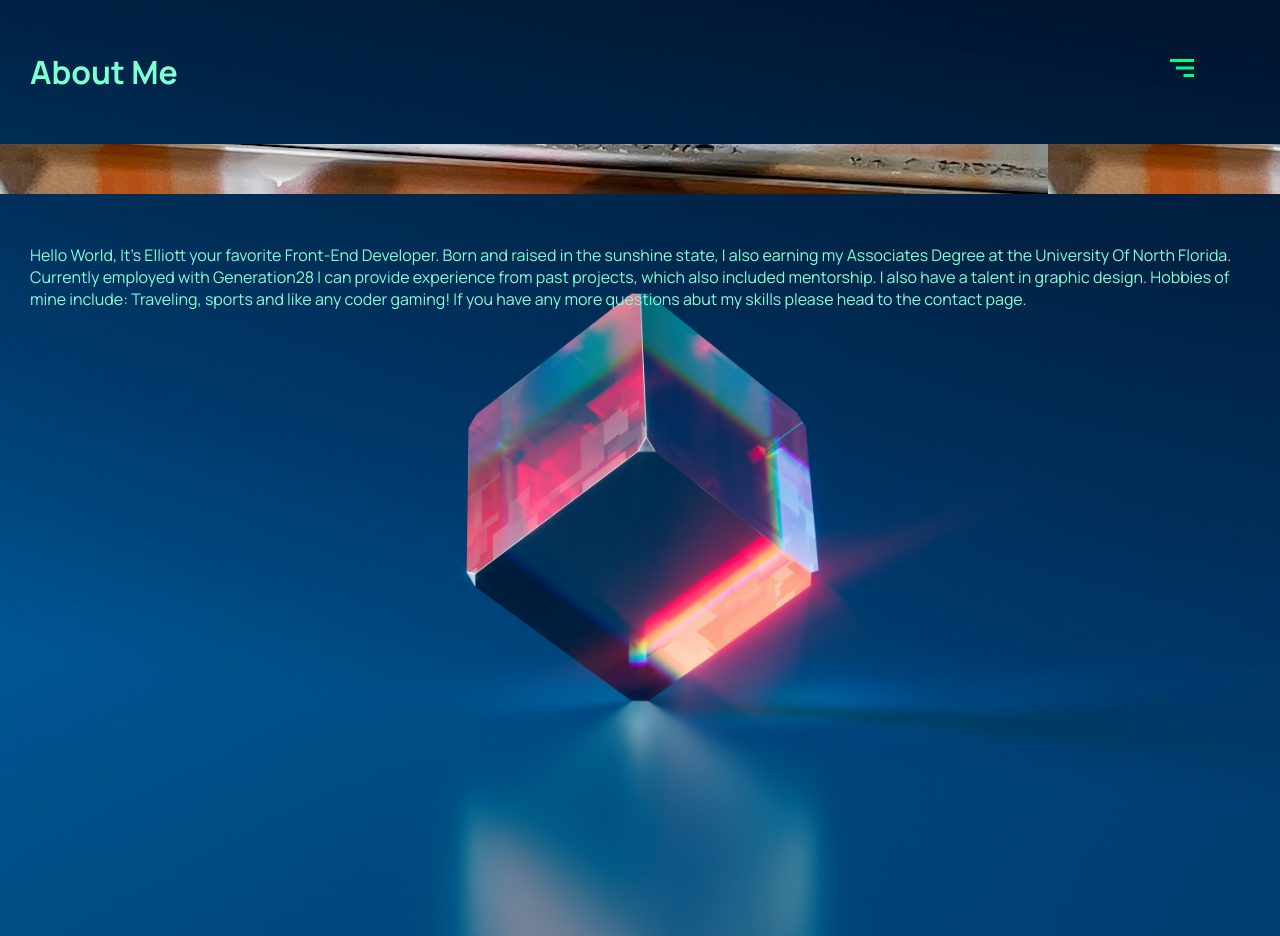
Repository: elaiken/portfolio
Page: /about-me
These files come from the project's save history. The page is drawn as it stood at one moment and after the next save; the edit follows.
The browser window is 1280 px wide. The pictures show the whole page.
The project was rebuilt for these pictures with package versions that can differ from the ones it lists, and the page was loaded fresh each time. Also part of the build but not shown: src/components/Error.js, src/components/Home.js, src/data/projects.js, src/components/Projects.js, src/components/Contacts.js.

Above is the page before, as saved 2021-11-30 21:30:08.

### public/index.html
<!DOCTYPE html>
<html lang="en">
  <head>
    <meta charset="utf-8" />
    <link rel="icon" href="%PUBLIC_URL%/favicon.ico" />
    <meta name="viewport" content="width=device-width, initial-scale=1" />
    <meta name="theme-color" content="#000000" />
    <meta
      name="description"
      content="Elliott A Aiken II | Looking for Front-end Role"
    />
    <link rel="apple-touch-icon" href="%PUBLIC_URL%/logo192.png" />
    <!--
      manifest.json provides metadata used when your web app is installed on a
      user's mobile device or desktop. See https://developers.google.com/web/fundamentals/web-app-manifest/
    -->
    <link rel="manifest" href="%PUBLIC_URL%/manifest.json" />
    <link rel="preconnect" href="https://fonts.googleapis.com">
<link rel="preconnect" href="https://fonts.gstatic.com" crossorigin>
<link href="https://fonts.googleapis.com/css2?family=Manrope:wght@200;400;700&family=Poppins:ital,wght@0,500;1,300;1,400&family=Source+Sans+Pro:ital,wght@0,400;0,600;1,300;1,400&display=swap" rel="stylesheet">


    <title>Elliott A Aiken II | Looking for Front-end Role </title>
  </head>
  <body>
    <noscript>You need to enable JavaScript to run this app.</noscript>
    <div id="root"></div>

  </body>
</html>

### src/index.css
:root {
  --background-image:linear-gradient(120deg,hsl(800, 100%, 35%),rgba(200, 84, 69, 0.67));
  --background-overlay:rgba(0,0,0,0.4)
}


*{
  margin: 0;
  padding: 0;
  box-sizing: border-box;
}

ul {
  list-style-type: none;
}

a {
  font-family: inherit;
  text-decoration: none;
  color:springgreen;




}

img {
  max-width: 100%;
}
body{
  font-family: "Manrope", sans-serif;
  overflow: auto;
}

/* Menu button */

.menu-btn {
  position: absolute;
  right: 80px;
  margin-top: 50px;
  z-index: 9999999;
}

 .menu-btn button {
  background-color: transparent;
  font-size: 36px;
  color: springgreen;
  border:none;
  cursor:pointer;

}

/* Header */

.header {
  position: absolute;
  right: 0;
  height: 0;
  overflow: hidden;
  width: 200px;
  transition: all 0.5s ease-in-out;

}

.header.open {
  height: 100vh;
  background-color:var(--background-overlay);


}

.header nav ul {
  display: flex;
  flex-direction: column;
  align-items: center;
  justify-content: center;
  min-height: 100vh;
}

.header nav ul li {
  margin:20px 0;
}




/* HomePAGE */
.home {
  background: url(./pexels-andre-moura-4021521.jpg);
  background-repeat:no-repeat ;
  background-size: cover;
  background-position:center;
  height: 100vh;
}

.home .overlay {
background-color:var(--background-image);
display: flex;
flex-direction: column ;
align-items: center;
justify-content: center;
min-height: 100vh;
color: white ;
text-align: center;
}

.home .overlay h1 {
  text-transform: uppercase ;
  font-size: 96px;
}
.home .overlay p {
  color: springgreen;
  font-size: 36px;
}

.home .overlay ul {
  display: flex;
  align-items: center;
  justify-content: center;
  margin-top: 30px ;
}

.home .overlay ul li {
  margin: 0 20px;
}

.home .overlay ul li a {
  font-size: 46px;
  padding: 50px;

}

/*Projects */
.projects {

  background-image: url(./pexels-rostislav-uzunov-5011647.jpg);
  background-repeat:no-repeat ;
  background-size: cover;
  background-position:center;
  height: 170vh;

}

.projects h1 {
  padding: 50px 80px;
  color:white;
}

.projects .cards {
  display: grid;
  grid-template-columns:repeat(3, 1fr);
  max-width:1100px;
  margin:auto;
  gap:20px;
 color:white;
 padding-bottom:20px ;
}

.projects .cards h4 {
  font-size: 24px;
  margin: 20px 0 10px;
}

.projects .cards p {
  font-size: 18px;
  margin-bottom: 30px;
}

.projects .cards ul {
  display: flex;
  align-items: center;
  justify-content: space-between;
}

 .github{
  background-color:darkolivegreen;
  padding: 5px;
  font-size: 15px;
}
.demo {
background-color:darkslateblue;
padding: 5px;
font-size: 15px;
}



/* Contact */
.contacts{
  background-image: url(./pexels-oleg-magni-861121.jpg);
  background-repeat:no-repeat ;
  background-size: cover;
  background-position:center;
  height: 130vh;
}
.contacts h1 {
padding: 50px 80px;
color: #fff;
}

.contacts ul {
  position: absolute;
  left: 30%;
  translate:traslate(-50%,-50%);

}
.contacts ul a {
  font-size: 30px;
  color: white;
  margin: 10px;
  text-align: center;
}
.contacts ul li {
  margin: 20px 0;


}
@media (max-width:1150px) {
  .projects .cards {
    padding: 0 20px 20px;
  }
}

@media (max-width: 992px) {
  .homepage .overlay h1 {
    font-size: 64px;
  }

  @media (max-width: 768px) {
    .projects .cards {
      grid-template-columns: repeat(2,1fr);
    }
  }

  @media (max-width: 500px) {
    .menu-btn{
      right:30px
    }
  .homepage .overlay h1 {
    font-size: 48px;
  }
  .homepage .overlay p {
    font-size: 20px;
    margin-top: 20px;
  }
  .homepage .overlay ul li a {
    font-size: 24px;
}
.contacts h1, .projects h1{
  padding: 50px 30px;
}
.projects .cards {
  grid-template-columns:1fr;
}
  }
}
/*Slider */

.slide {
  width: 100%;
  height: 100%;
  position: absolute;
  opacity: 0;
  transition: opacity ease-in-out 0.4s;
}

/* About Me */
.about-me {
background-image: url(./pexels-rostislav-uzunov-5011647.jpg);
background-repeat:no-repeat ;
background-size: cover;
background-position:center;
height: 130vh;
}

.about-me h1 {
  padding: 50px 30px;
  color: aquamarine;
}

.about-me p {
  padding: 50px 30px;
  color: aquamarine;
  margin-block-end: 20px  1px soild black ;
}

.about-me .avatar {
  background-image: url(./avatar1.png);
  height: 50px;
  wi
}

### src/App.js
import { BrowserRouter, Route, Routes } from "react-router-dom"
import Error from "./components/Error";
import Home from "./components/Home";
import Menu from "./components/Menu";
import Projects from "./components/Projects";
import About from "./components/About";
import Contacts from "./components/Contacts";




const App = () => {
  return (
    <BrowserRouter >
      <Menu />
      <Routes>
        <Route exact path='/' element={<Home />}>
        </Route>
        <Route path="/projects" element={<Projects />}>
        </Route>
        <Route path="/about-me" element={<About />}>
        </Route>
        <Route path="contact-me" element={<Contacts />}>
        </Route>
        <Route path="/*" element={<Error />}>
        </Route>
      </Routes>
    </BrowserRouter>
  );
}
export default App;

### src/components/Menu.js
import { useState } from "react"

import { Link } from "react-router-dom"

import { BiMenuAltRight } from "react-icons/bi"
import { navbar } from "../data/navbar"




const Menu = () => {
    const [isOpen, setIsOpen] = useState(false);
    //eslint-disable-next-line
    const [links, setLinks] = useState(navbar)


    return (
        <>



            <div className="menu-btn">
                <button onClick={() => setIsOpen(!isOpen)}>
                    <BiMenuAltRight />
                </button >
            </div>
            <header className={`${isOpen ? "header open" : "header"}`}>
                <nav>
                    <ul>
                        {links.map((link) => {
                            const { id, title, url } = link

                            return (
                                <li key={id} onClick={() => setIsOpen(false)}>
                                    <Link to={url}>{title}</Link>
                                </li>
                            )
                        })}
                    </ul>
                </nav>

            </header>

        </>
    )
}

export default Menu

### src/components/About.js
import React from 'react'

const About = () => {
    return (
        <>
            <div className="about-me">
                <h1> About Me </h1>
                <div className="avatar">
                    <img
                        src=""
                        alt="" />

                </div>
                <p>
                    Hello World,
                    It's Elliott your favorite Front-End Developer.
                    Born and raised in the sunshine state, I also earning my
                    Associates Degree at the University Of North Florida.
                    Currently employed with Generation28 I can provide experience
                    from past projects, which also included mentorship. I also have a
                    talent in graphic design.


                    Hobbies of mine include: Traveling, sports and like any coder gaming!

                    If you have any more questions abut my skills please head to the contact page.

                </p>
            </div>
        </>
    )
}

export default About

### src/data/navbar.js
import { v4 as uuidv4 } from "uuid";


export const navbar = [
    {
        id: uuidv4(),
        title: "Home",
        url: "/"
    },

    {
        id: uuidv4(),
        title: "Projects",
        url: "/projects"
    },

    {
        id: uuidv4(),
        title: "About Me",
        url: "/about-me"
    },
    {
        id: uuidv4(),
        title: "Contacts",
        url: "/contact-me"
    }
]

Loaded but not shown: src/index.js (common file); src/reportWebVitals.js (common file)

After the next save:
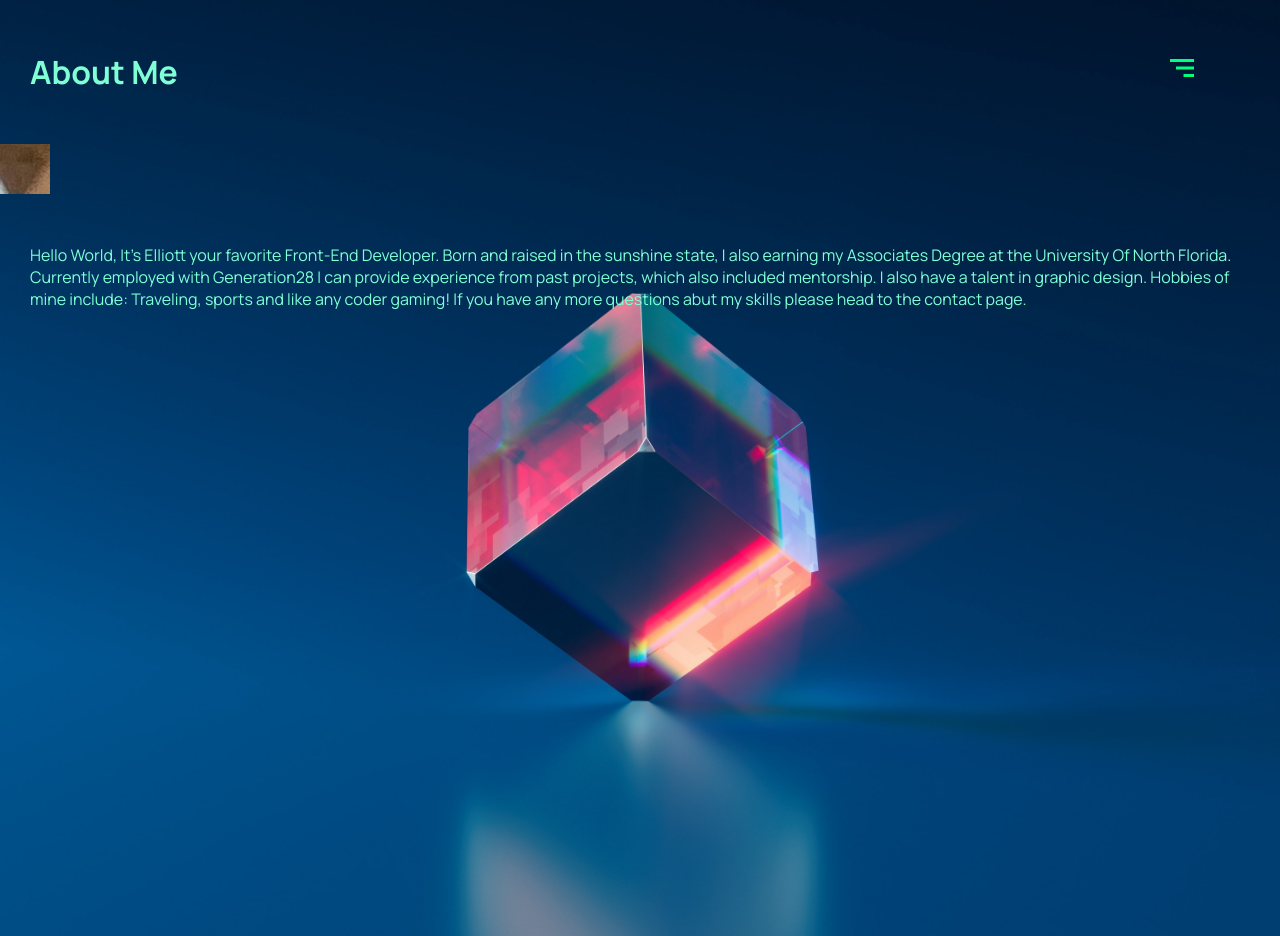
Saved 8 s later.
--- a/src/index.css
+++ b/src/index.css
@@ -287,5 +287,5 @@
 .about-me .avatar {
   background-image: url(./avatar1.png);
   height: 50px;
-  wi
-}
+  width: 50px;
+}
